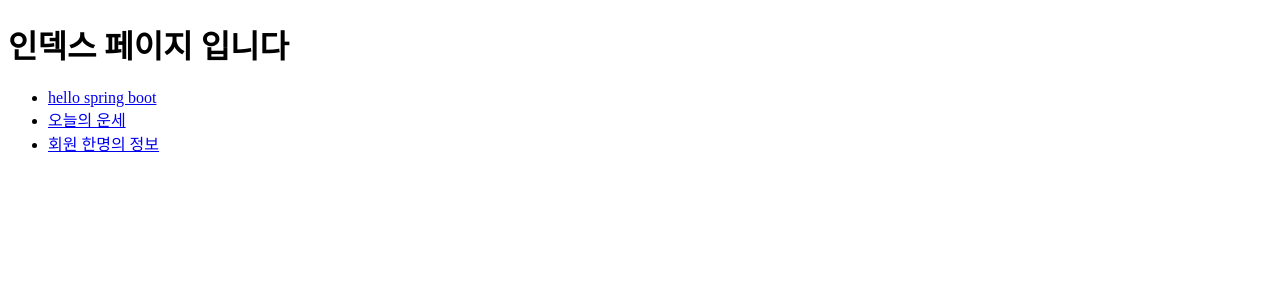
Repository: catfishlove/spring
Page: Boot02_Controller/src/main/resources/static/index.html
These files come from the project's save history. The page is drawn as it stood at one moment and after the next save; the edit follows.
The browser window is 1280 px wide. The pictures show the whole page.

Above is the page before, as saved 2024-07-02 02:22:51.

### Boot02_Controller/src/main/resources/static/index.html
<!DOCTYPE html>
<html>
<head>
<meta charset="UTF-8">
<title>/static/index.html</title>
</head>
<body>
	<div class="container">
		<h1>인덱스 페이지 입니다</h1>
		<ul>
			<li><a href="/boot02/hello">hello spring boot</a></li>
			<li><a href="/boot02/fortune">오늘의 운세</a></li>
			<li><a href="/boot02/member">회원 한명의 정보</a>
		</ul>
	</div>
</body>
</html>

After the next save:
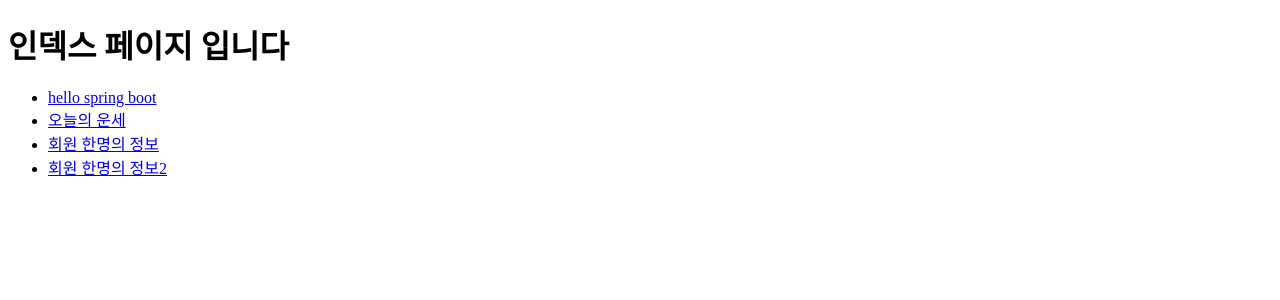
Saved 13 min 5 s later.
--- a/Boot02_Controller/src/main/resources/static/index.html
+++ b/Boot02_Controller/src/main/resources/static/index.html
@@ -11,6 +11,7 @@
 			<li><a href="/boot02/hello">hello spring boot</a></li>
 			<li><a href="/boot02/fortune">오늘의 운세</a></li>
 			<li><a href="/boot02/member">회원 한명의 정보</a>
+			<li><a href="/boot02/member2">회원 한명의 정보2</a>
 		</ul>
 	</div>
 </body>
